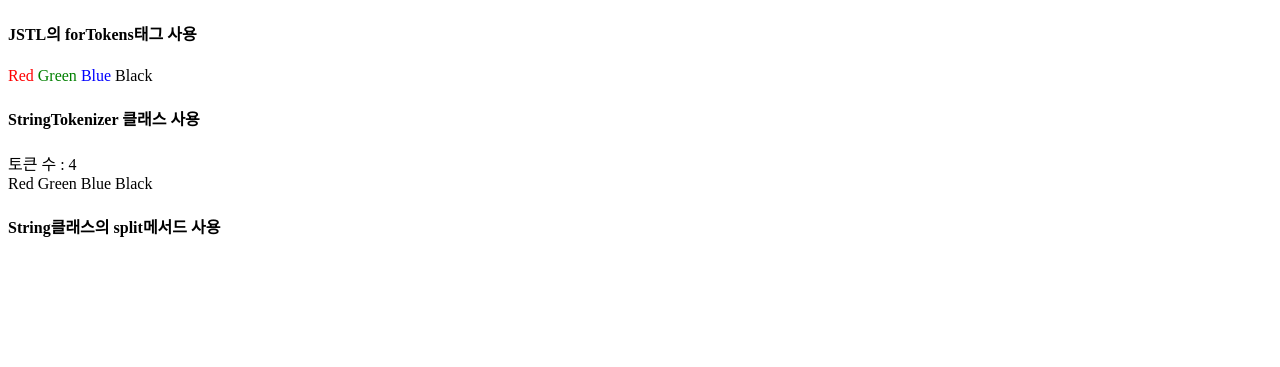
Repository: ssing365/JSPStudy
Page: http://localhost/JSPServlet/11JSTL/core/ForTokens.jsp
The author's editor kept a copy of each file at every save. The page is drawn from the files as they stood at one save, then again after a run of saves.
The browser window is 1280 px wide. The pictures show the whole page.
The page is served by Tomcat 10.

Above is the page before, as saved 2024-11-07 01:52:37.

After the next 2 saves:
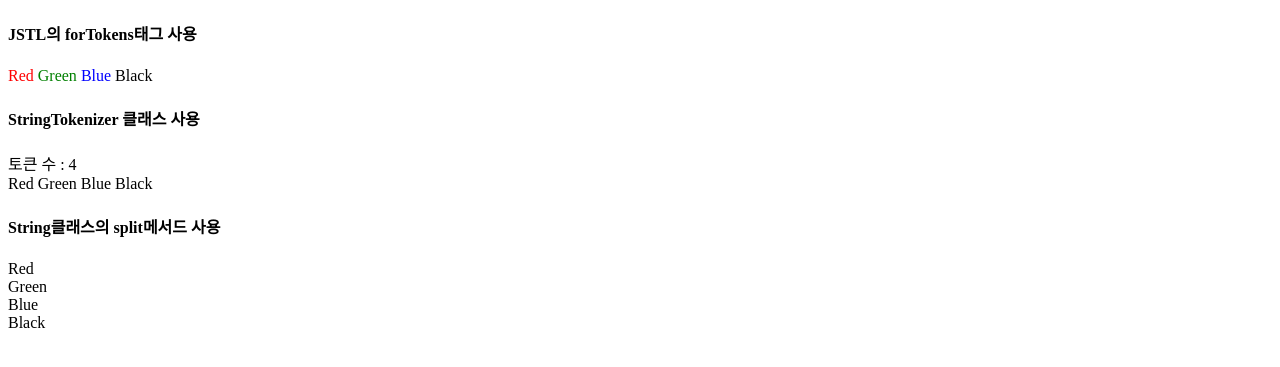
The 2 saves are shown as one change because they came seconds apart.
The last was saved 12 s later.
--- a/JSPServlet/src/main/webapp/11JSTL/core/ForTokens.jsp
+++ b/JSPServlet/src/main/webapp/11JSTL/core/ForTokens.jsp
@@ -37,7 +37,9 @@
 	<h4>String클래스의 split메서드 사용</h4>
 	<%
 	String[] colorArr = rgba.split(",");
-	for(String color:colorArr)
+	for(String color:colorArr){
+		out.print(color + "<br/>");
+	}
 	%>
 </body>
 </html>
